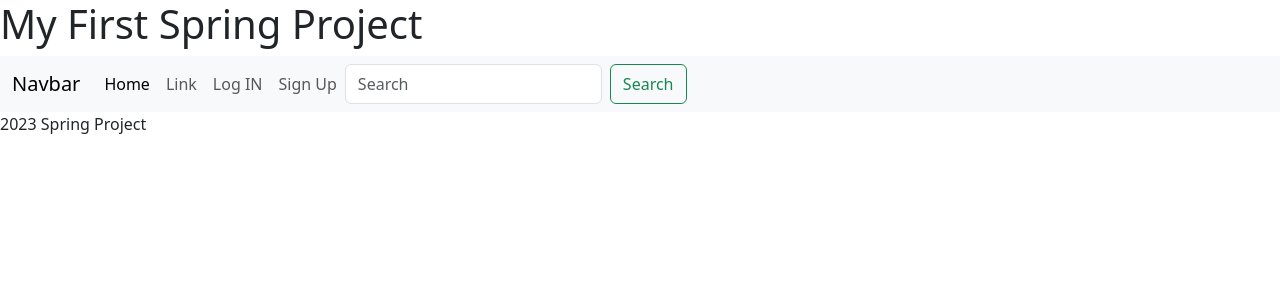
Repository: gatsby5959/_springTest
Page: http://localhost/spring-Test/WEB-INF/views/member/modify.jsp
An editor plug-in stored every save of this project. The page is shown before and after the next save, followed by the edit.
The browser window is 1280 px wide. The pictures show the whole page.
The page is served by Tomcat 9. Nobody is signed in. The template is opened directly, without the code that normally fills it, so the values that code supplies are empty.

Above is the page before, as saved 2023-10-06 11:36:57.

After the next save:
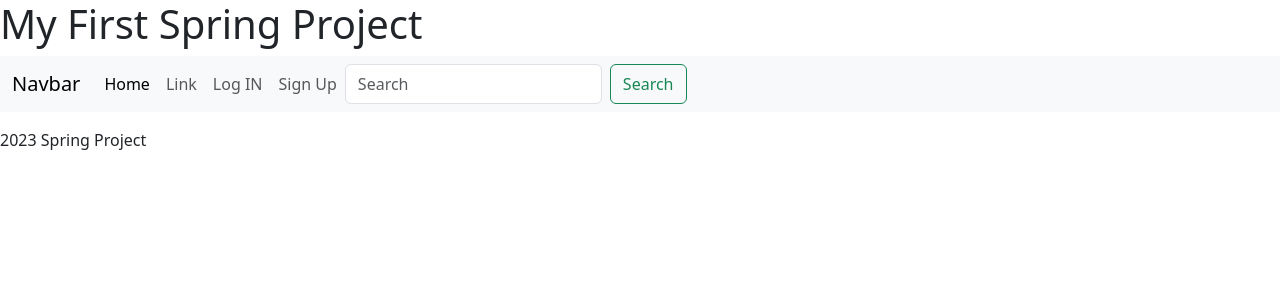
Saved 5 s later.
--- a/spring-Test/src/main/webapp/WEB-INF/views/member/modify.jsp
+++ b/spring-Test/src/main/webapp/WEB-INF/views/member/modify.jsp
@@ -10,7 +10,7 @@
 <jsp:include page="../layout/header.jsp"></jsp:include>
 
 <form action="/member/modify" method="post">
-<table class = "table= table-hover">
+<table class = "table table-hover">
 
 </table>
 </form>
